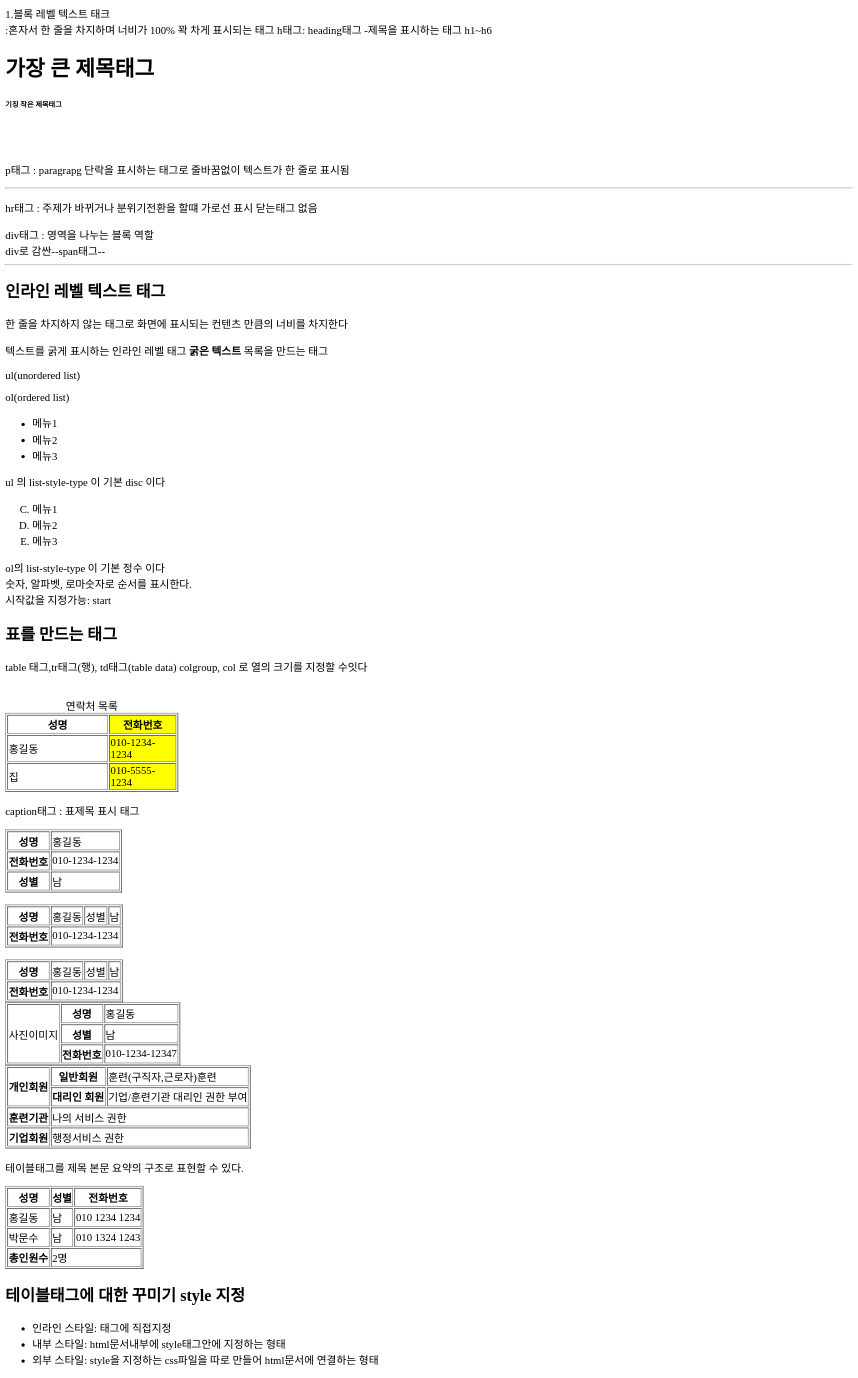
Repository: hana825/Web
Page: web/WebContent/index.html
The author's editor kept a copy of each file at every save. The page is drawn from the files as they stood at one save, then again after the next save.
The browser window is 1280 px wide. The pictures show the whole page, at 67% of full size.

Above is the page before, as saved 2022-03-17 07:26:20.

After the next save:
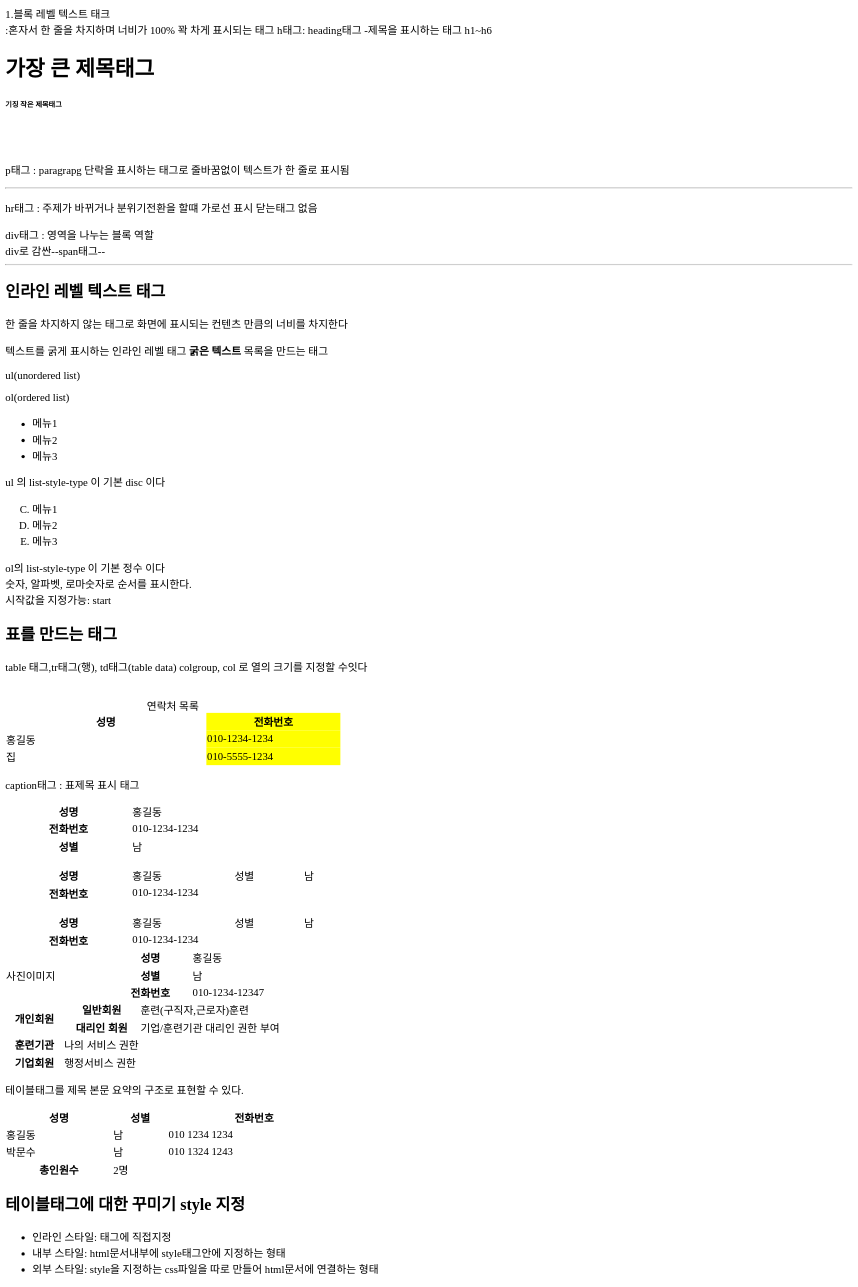
Saved 25 min 20 s later.
--- a/web/WebContent/index.html
+++ b/web/WebContent/index.html
@@ -3,6 +3,12 @@
 <head>
 <meta charset="UTF-8">
 <title>Insert title here</title>
+	<style>
+		table{width:500px;
+		border-collapse: collapse;
+
+		}
+	</style>
 </head>
 <body>
 1.블록 레벨 텍스트 태크<br>
@@ -63,7 +69,7 @@ div태그 : 영역을 나누는 블록 역할
 colgroup, col 로 열의 크기를 지정할 수잇다
 </p><br>
 
-<table border='1'>
+<table >
 	<colgroup>
 		<col style='width:150px'>
 		<col style='width:100px; background-color:yellow'>
@@ -77,7 +83,7 @@ colgroup, col 로 열의 크기를 지정할 수잇다
 <p> caption태그 : 표제목 표시 태그
 </p>
 
-<table  border='1'>
+<table  >
 	<tr><th>성명</th>
 		<td>홍길동</td>
 	</tr>
@@ -89,7 +95,7 @@ colgroup, col 로 열의 크기를 지정할 수잇다
 	</tr>
 </table>
 <br>
-<table  border='1'>
+<table  >
 	<tr><th>성명</th>
 		<td>홍길동</td>
 		<td>성별</td>
@@ -101,7 +107,7 @@ colgroup, col 로 열의 크기를 지정할 수잇다
 </table>
 <br>
 
-<table  border='1'>
+<table  >
 	<tr><th>성명</th>
 		<td>홍길동</td>
 		<td>성별</td>
@@ -112,7 +118,7 @@ colgroup, col 로 열의 크기를 지정할 수잇다
 
 </table>
 
-<table  border='1'>
+<table  >
 	<tr><td rowspan ='3'>사진이미지</td>
 		<th>성명</th>
 		<td>홍길동</td>
@@ -128,7 +134,7 @@ colgroup, col 로 열의 크기를 지정할 수잇다
 
 </table>
 
-<table  border='1'>
+<table  >
 	<tr><th rowspan ='2'>개인회원</th>
 		<th>일반회원</th>
 		<td>훈련(구직자,근로자)훈련</td>
@@ -150,7 +156,7 @@ colgroup, col 로 열의 크기를 지정할 수잇다
 <p>
 테이블태그를 제목 본문 요약의 구조로 표현할 수 있다.
 </p>
-<table border='1'>
+<table >
 	<thead>
 		<tr>
 			<th>성명</th>
